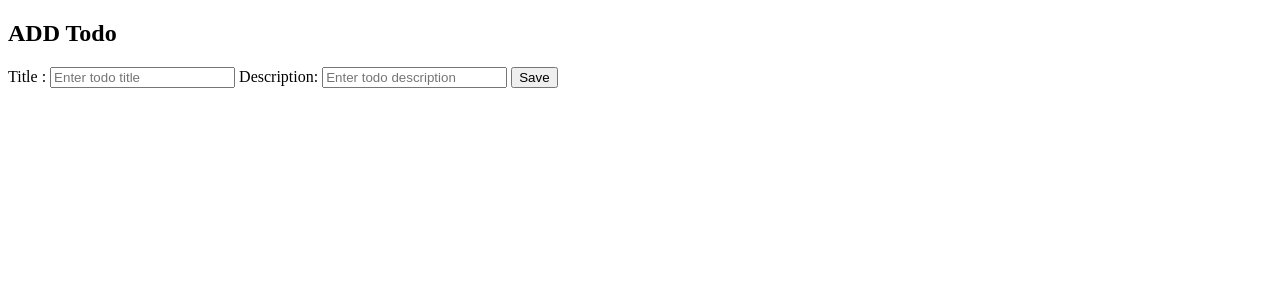
Repository: kimmingyeong225/totalJSP
Page: class_servlet_02/src/main/webapp/todo-add.html
These files come from the project's save history. The page is drawn as it stood at one moment and after the next save; the edit follows.
The browser window is 1280 px wide. The pictures show the whole page.

Above is the page before, as saved 2024-07-01 05:33:36.

### class_servlet_02/src/main/webapp/todo-add.html
<!DOCTYPE html>
<html>
<head>
<meta charset="UTF-8">
<title>Todo Form</title>
</head>
<body>

	<div class="todo-form">
		<h2>ADD Todo</h2>
		<form action ="">
		<label for="title">Title : </label>
		<input type="text" id = "title" placeholder="Enter todo title">
		<label for="description">Description:</label>
		<input type="text" id = "description" placeholder="Enter todo description">
		<button type="submit"> Save </button>
		</form>
	</div>

</body>
</html>

After the next save:
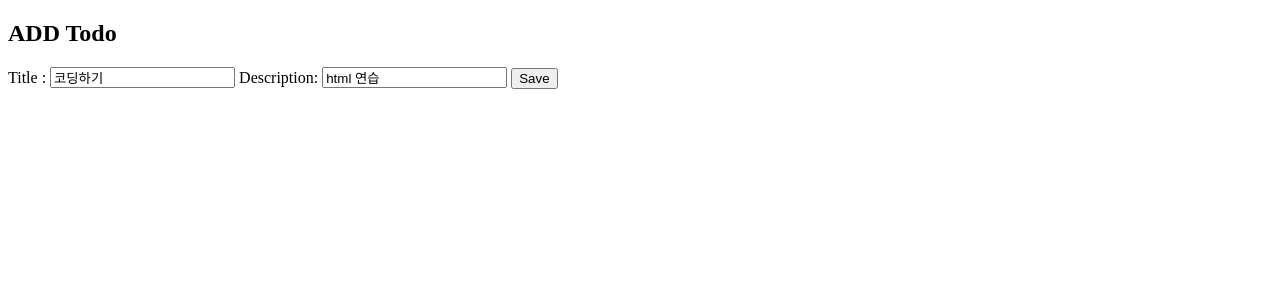
Saved 4 min 20 s later.
--- a/class_servlet_02/src/main/webapp/todo-add.html
+++ b/class_servlet_02/src/main/webapp/todo-add.html
@@ -5,14 +5,14 @@
 <title>Todo Form</title>
 </head>
 <body>
-
+	<!-- form 태그에서 데이터를 서버로 제출할 때 반드시 name 속성이 있어야 한다. -->
 	<div class="todo-form">
 		<h2>ADD Todo</h2>
-		<form action ="">
+		<form action ="" method="post">
 		<label for="title">Title : </label>
-		<input type="text" id = "title" placeholder="Enter todo title">
+		<input type="text" id = "title" placeholder="Enter todo title" name="title" value="코딩하기">
 		<label for="description">Description:</label>
-		<input type="text" id = "description" placeholder="Enter todo description">
+		<input type="text" id = "description" placeholder="Enter todo description" name="description" value="html 연습">
 		<button type="submit"> Save </button>
 		</form>
 	</div>
